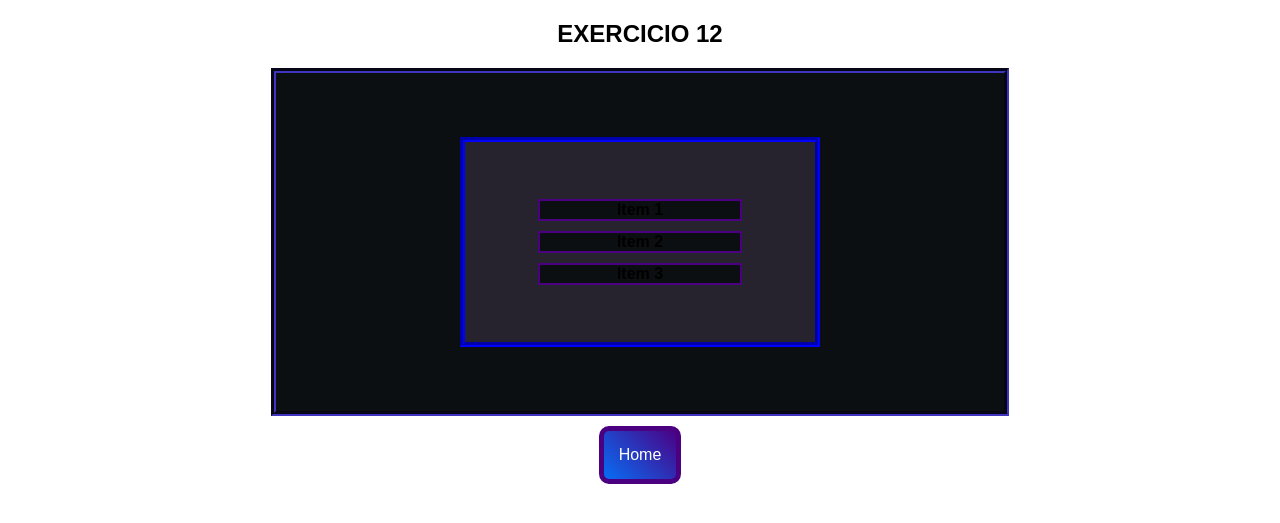
Repository: Elianmrey/TP1-Mobile-First
Page: EXERCISES/EX_12/index.html
An editor plug-in stored every save of this project. The page is shown before and after the next save, followed by the edit.
The browser window is 1280 px wide. The pictures show the whole page.

Above is the page before, as saved 2024-08-04 23:40:02.

After the next save:
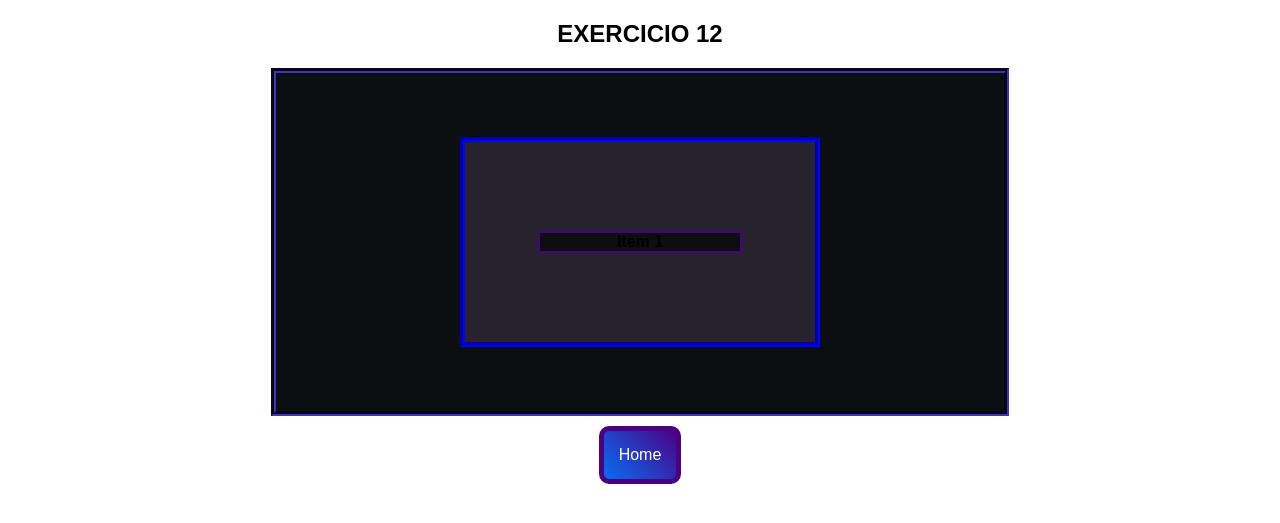
Saved 6 s later.
--- a/EXERCISES/EX_12/index.html
+++ b/EXERCISES/EX_12/index.html
@@ -18,8 +18,7 @@
     <div class="container-horizontais">
 
   <div class="item">Item 1</div>
-  <div class="item">Item 2</div>
-  <div class="item">Item 3 </div>
+
 
 </div>
 

After the save that followed:
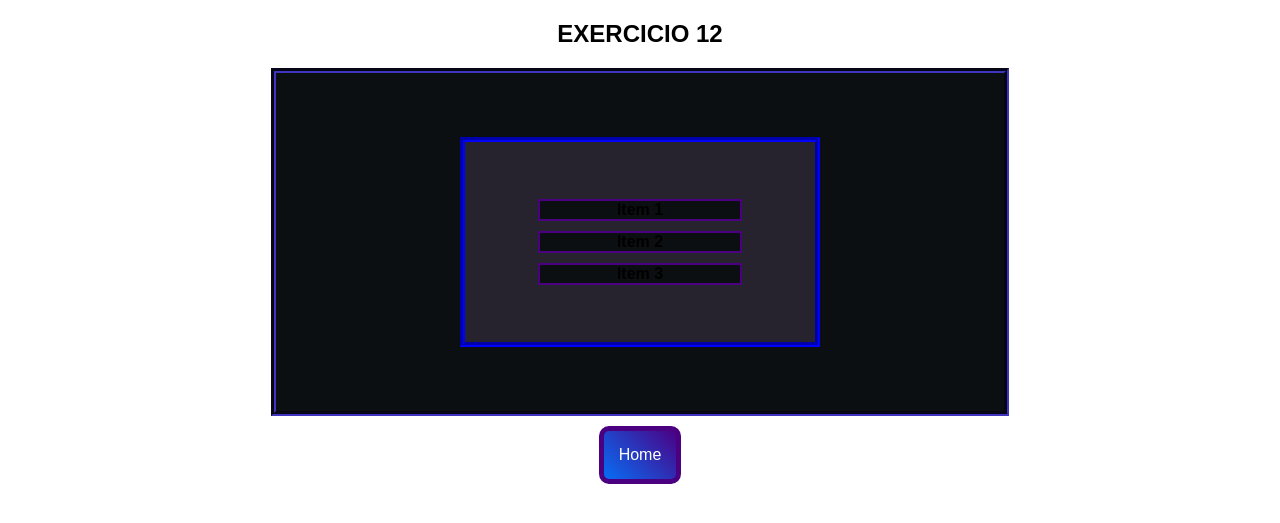
Saved 7 s later.
--- a/EXERCISES/EX_12/index.html
+++ b/EXERCISES/EX_12/index.html
@@ -18,7 +18,8 @@
     <div class="container-horizontais">
 
   <div class="item">Item 1</div>
-
+  <div class="item">Item 2</div>
+  <div class="item">Item 3 </div>
 
 </div>
 
